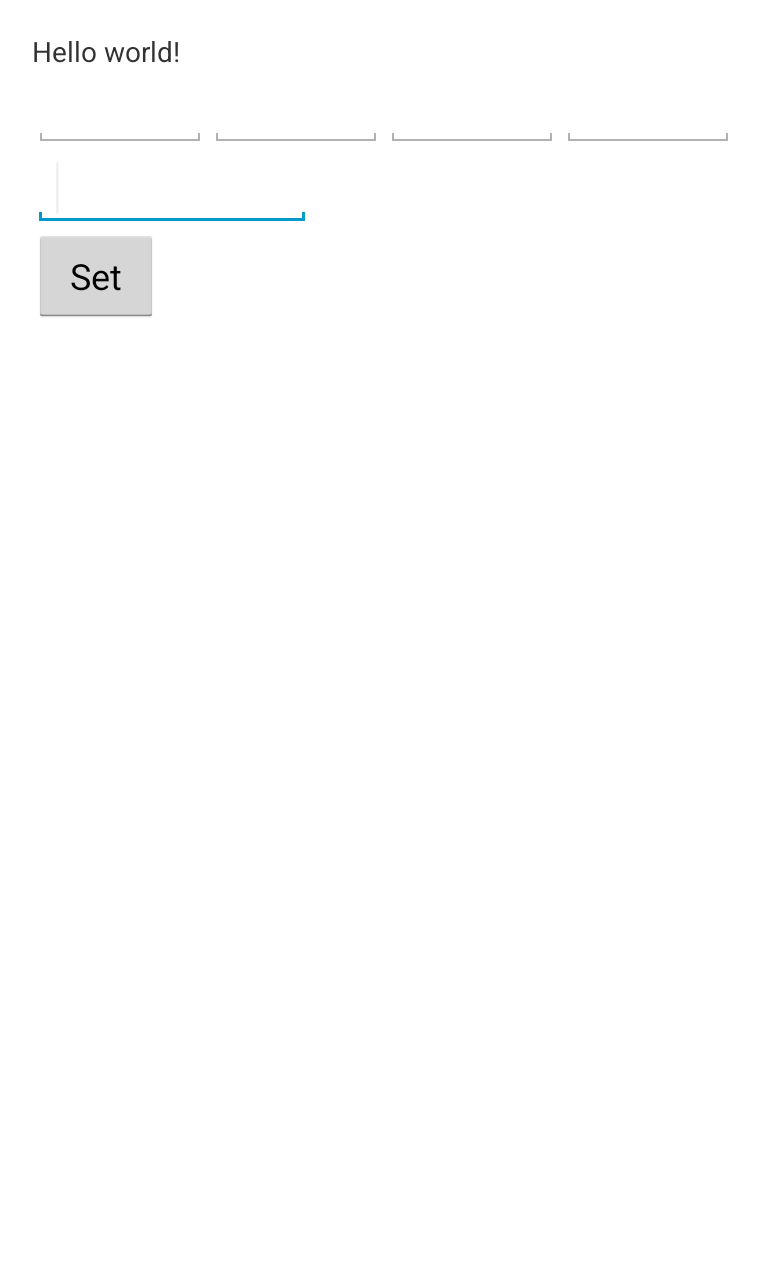
Repository: hfutcgncas/Android
Layout: ToyCarV3/res/layout/activity_toy_car.xml
An editor plug-in stored every save of this project. The layout is shown before and after the next save, followed by the edit.
It is drawn on a 768 x 1280 px phone screen (xhdpi) without system bars, with theme AppTheme; the app's code is not run.

Above is the layout before, as saved 2015-06-10 16:22:42.

After the next save:
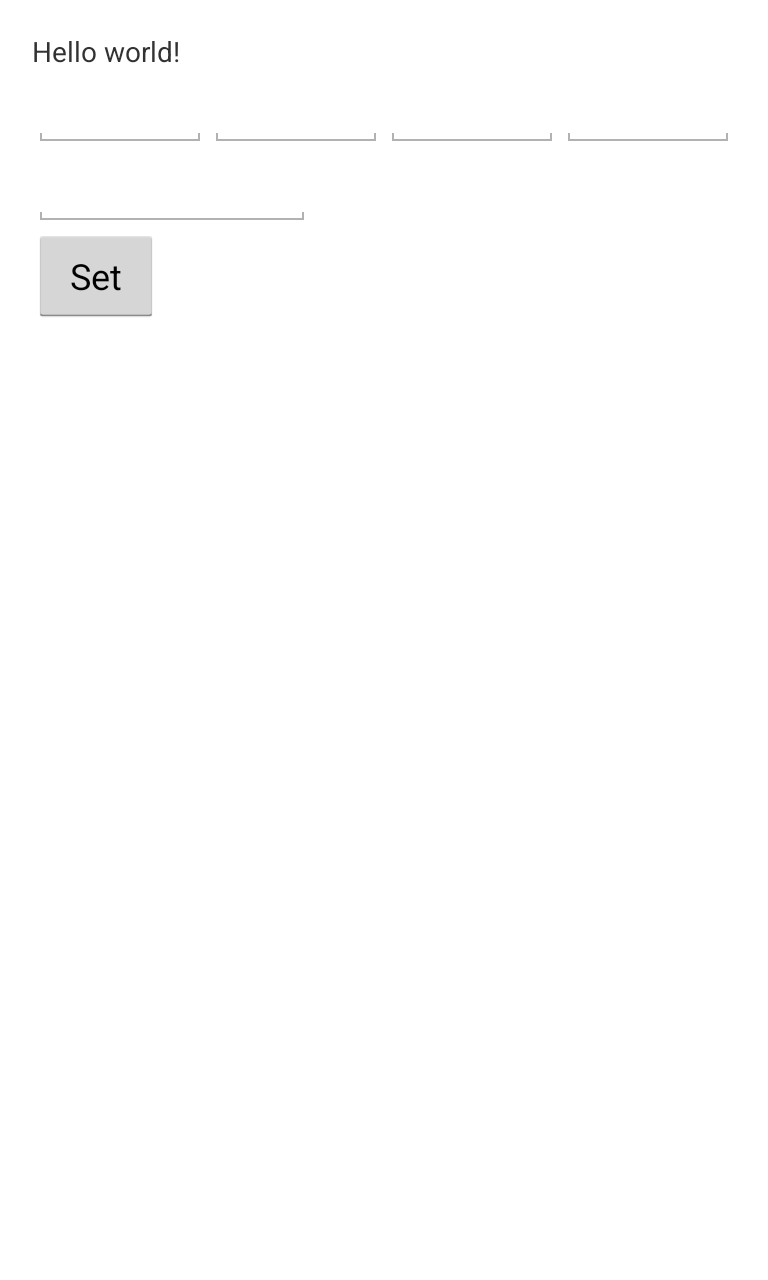
Saved 66 s later.
--- a/ToyCarV3/res/layout/activity_toy_car.xml
+++ b/ToyCarV3/res/layout/activity_toy_car.xml
@@ -62,16 +62,17 @@
                 android:inputType="number" />
 
         </LinearLayout>
-
-        <EditText
-            android:id="@+id/editText_port"
-            android:layout_width="140dp"
-            android:layout_height="wrap_content"
-            android:ems="10"
-            android:inputType="number" >
-
-            <requestFocus />
-        </EditText>
+        <LinearLayout
+            android:layout_width="match_parent"
+            android:layout_height="wrap_content" >
+	        <EditText
+	            android:id="@+id/editText_port"
+	            android:layout_width="140dp"
+	            android:layout_height="wrap_content"
+	            android:ems="10"
+	            android:inputType="number" >
+	        </EditText>
+		</LinearLayout>
 
         <Button
             android:id="@+id/button_Set"
